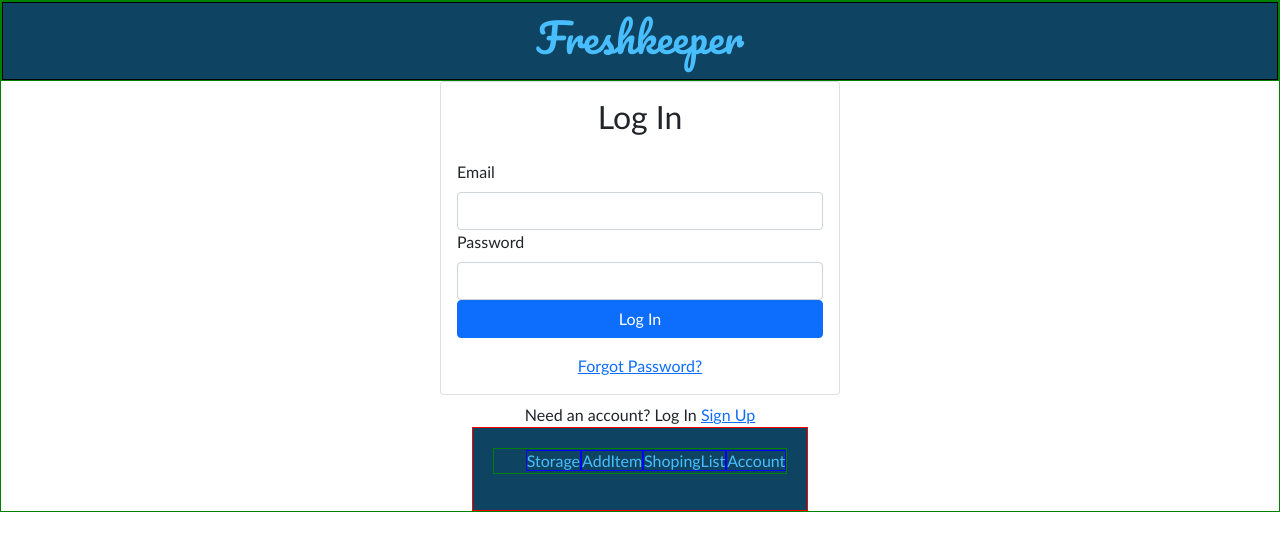
Repository: patrik-fredlund/freshkeeper-repo
Page: /
The author's editor kept a copy of each file at every save. The page is drawn from the files as they stood at one save, then again after the next save.
The browser window is 1280 px wide. The pictures show the whole page.
The project was rebuilt for these pictures with package versions that can differ from the ones it lists, and the page was loaded fresh each time. Also part of the build but not shown: src/components/Signup.js, src/components/Account.js, src/components/ForgotPassword.js, src/components/UpdateProfile.js, src/components/Storage.js, src/components/Shopinglist.js, src/components/AddItem.js.

Above is the page before, as saved 2021-10-15 23:09:28.

After the next save:
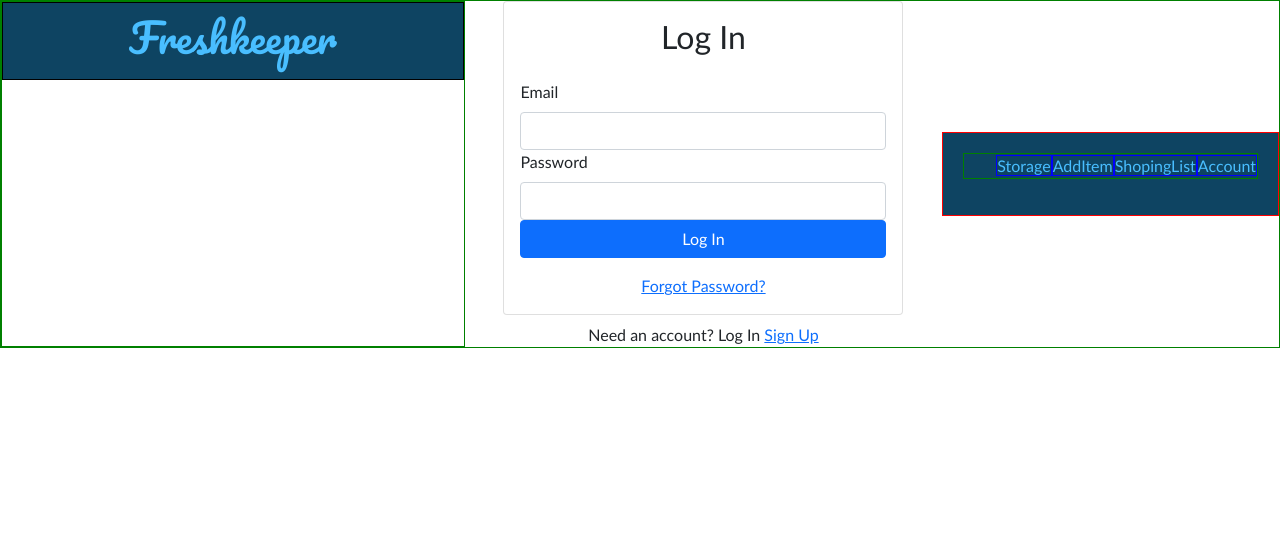
Saved 8 s later.
--- a/src/components/appStyles.js
+++ b/src/components/appStyles.js
@@ -2,6 +2,6 @@
 
 export const AppWrap = styled.div`
   display: flex;
-  flex-flow: column;
+
   border: 1px solid green;
 `;

After the save that followed:
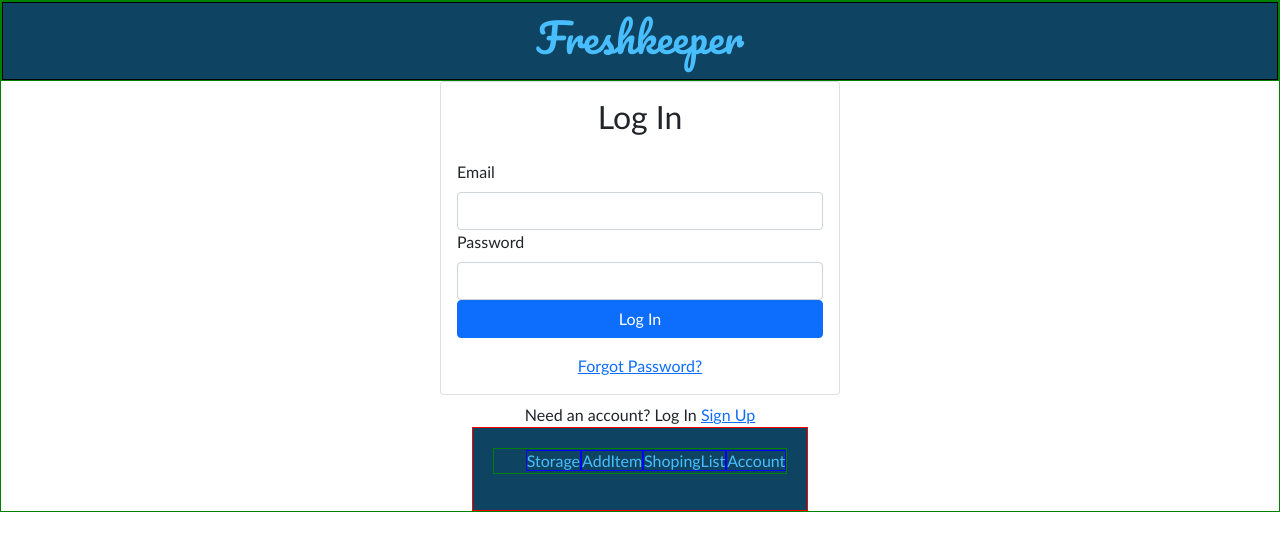
Saved 5 s later.
--- a/src/components/appStyles.js
+++ b/src/components/appStyles.js
@@ -2,6 +2,6 @@
 
 export const AppWrap = styled.div`
   display: flex;
-
+  flex-flow: column;
   border: 1px solid green;
 `;
